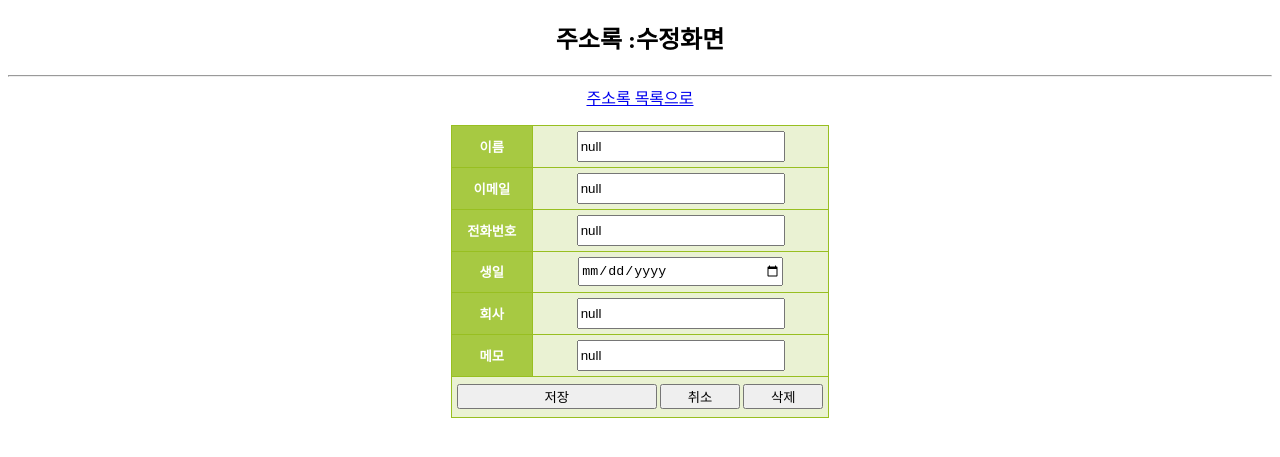
Repository: BeigeBear/TEST
Page: http://localhost/Addrbook/WebContents/addrbook_form_edit.jsp
The author's editor kept a copy of each file at every save. The page is drawn from the files as they stood at one save, then again after the next save.
The browser window is 1280 px wide. The pictures show the whole page.
The page is served by Tomcat 9. Nobody is signed in. The application's start-up code is not run. Other server files are loaded and not shown.

Above is the page before, as saved 2022-12-06 06:34:00.

### Addrbook/WebContents/addrbook_form_edit.jsp
<%@ page language="java" contentType="text/html; charset=utf-8"
    pageEncoding="utf-8"
    errorPage="addrbook_error.jsp"
    import="com.addrbook.model.*, java.util.*" %>

<jsp:useBean id="addr" scope="request" class="com.addrbook.model.AddrDto" />

<!DOCTYPE html>
<html>
<head>

	<script>
		function delcheck(){
			result = confirm("정말로 삭제하시겠습니까?");

			if(result){
				document.form1.action.value="delete";
				document.form1.submit();
			}
			else {
				return;
			}
		}
	</script>
	<meta charset="utf-8">
	<link rel="stylesheet" href="addrbook.css" type="text/css" media="screen"/>
</head>

<title>주소록 : 수정화면</title>

<body>
<div align="center">
	<h2>주소록 :수정화면</h2>
	<hr>
	<a href=index.jsp>주소록 목록으로</a><p>
	<form name=form1 method=post action=addrbook_control.jsp>
	<input type=hidden name="id" value="<%=addr.getId()%>">

	<table border="1">
		<tr>
		<th>이름</th>
		<td><input type="text" name = "name" value="<%=addr.getName() %>" ></td>
		</tr>

		<tr>
		<th>이메일</th>
		<td><input type="text" name = "email" value="<%=addr.getEmail() %>" ></td>
		</tr>

		<tr>
		<th>전화번호</th>
		<td><input type="text" name = "tel" value="<%=addr.getTel() %>"></td>
		</tr>

		<tr>
		<th>생일</th>
		<td><input type="date" name = "birth" value="<%=addr.getBirth() %>"></td>
		</tr>

		<tr>
		<th>회사</th>
		<td><input type="text" name = "comdept" value="<%=addr.getComdept() %>"></td>
		</tr>

		<tr>
		<th>메모</th>
		<td><input type="text" name = "memo" value="<%=addr.getMemo() %>"></td>
		</tr>

		<tr>
		<td colspan=2 align=center>
		<input type = "submit" value="저장">
		<input type = "reset" value="취소">
		<input type="button" value="삭제" onClick="delcheck()"></td>
		</tr>

	</table>


	</form>





</div>
</body>

</html>

### Addrbook/src/main/java/com/addrbook/model/AddrDto.java
package com.addrbook.model;

public class AddrDto {

	// 멤버 변수 선언
	private int id;
	private String name;
	private String email;
	private String tel;
	private String birth;
	private String comdept;
	private String memo;

	public AddrDto() {
	}

	public AddrDto(int id, String name, String email, String comdept, String birth, String tel, String memo) {
		this.id = id;
		this.name = name;
		this.email = email;
		this.comdept = comdept;
		this.birth = birth;
		this.tel = tel;
		this.memo = memo;
	}

	public int getId() {
		return id;
	}

	public void setId(int id) {
		this.id = id;
	}

	public String getName() {
		return name;
	}

	public void setName(String name) {
		this.name = name;
	}

	public String getEmail() {
		return email;
	}

	public void setEmail(String email) {
		this.email = email;
	}

	public String getTel() {
		return tel;
	}

	public void setTel(String tel) {
		this.tel = tel;
	}

	public String getBirth() {
		return birth;
	}

	public void setBirth(String birth) {
		this.birth = birth;
	}

	public String getComdept() {
		return comdept;
	}

	public void setComdept(String comdept) {
		this.comdept = comdept;
	}

	public String getMemo() {
		return memo;
	}

	public void setMemo(String memo) {
		this.memo = memo;
	}

}

### Addrbook/WebContents/addrbook.css
@charset "UTF-8";

table{
    width :auto;
    border-collapse: collapse;
    text-align: center;
}


td, th{
    font-size: 10pt;
    border: 1px solid #98bf21;
    height: 30px;
    padding: 5px;
}

th{
    background-color: #a7c942;
    color: #ffffff;
    font-family: Georgia;
}


tr td{
    color: #000;
    background-color: #eaf2d3;
}

input{
    height: 25px;
    width: 200px;
}
input [type="submit"], [type="reset"], [type="button"]{
    height: 25px;
    width: 80px;
}

After the next save:
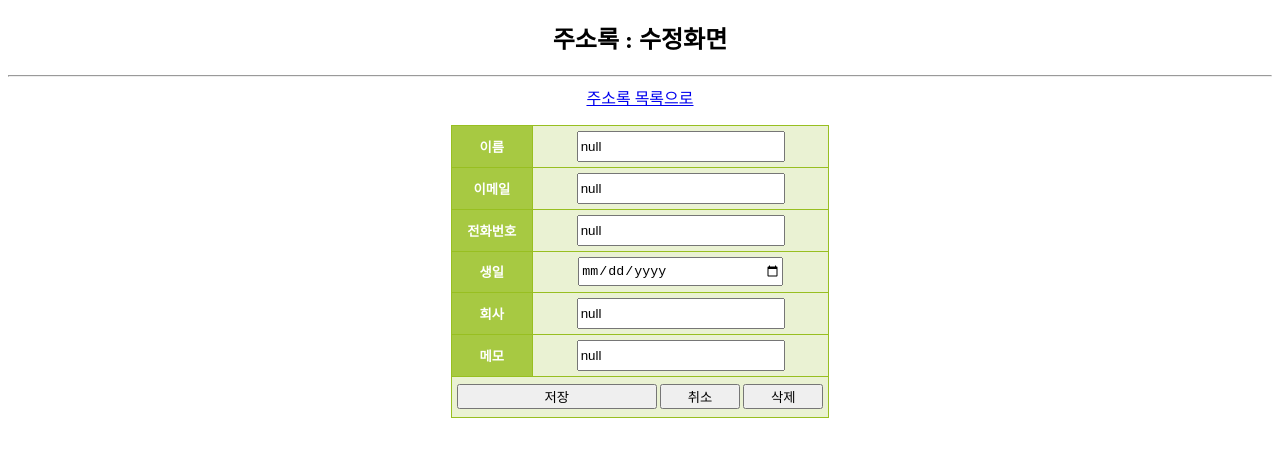
Saved 52 s later.
--- a/Addrbook/WebContents/addrbook_form_edit.jsp
+++ b/Addrbook/WebContents/addrbook_form_edit.jsp
@@ -1,5 +1,5 @@
-<%@ page language="java" contentType="text/html; charset=utf-8"
-    pageEncoding="utf-8"
+<%@ page language="java" contentType="text/html; charset=UTF-8"
+    pageEncoding="UTF-8"
     errorPage="addrbook_error.jsp"
     import="com.addrbook.model.*, java.util.*" %>
 
@@ -22,7 +22,7 @@
 			}
 		}
 	</script>
-	<meta charset="utf-8">
+	<meta charset="UTF-8">
 	<link rel="stylesheet" href="addrbook.css" type="text/css" media="screen"/>
 </head>
 
@@ -30,7 +30,7 @@
 
 <body>
 <div align="center">
-	<h2>주소록 :수정화면</h2>
+	<h2>주소록 : 수정화면</h2>
 	<hr>
 	<a href=index.jsp>주소록 목록으로</a><p>
 	<form name=form1 method=post action=addrbook_control.jsp>
